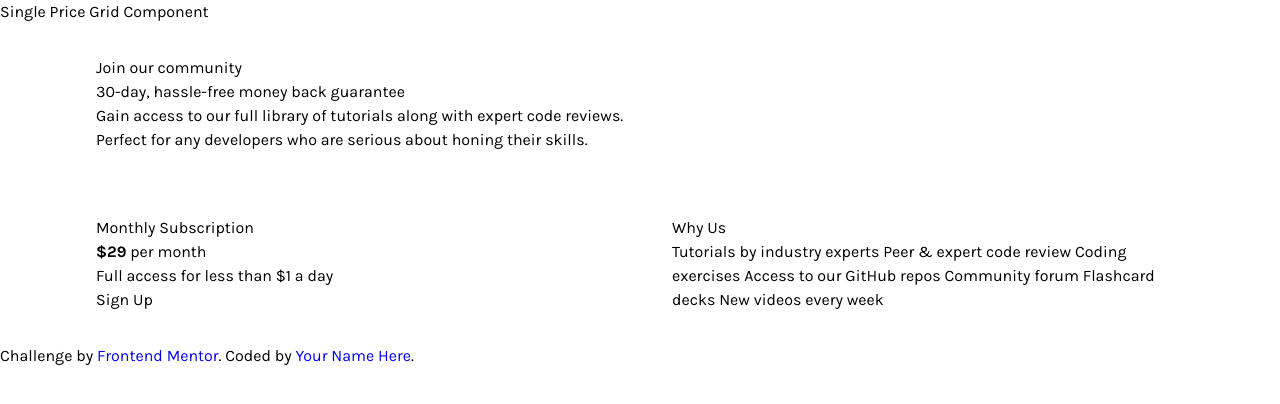
Repository: bangjuyoung/bangjuyoung
Page: practice/frontend-mentor/single-price-grid-component/index.html
These files come from the project's save history. The page is drawn as it stood at one moment and after the next save; the edit follows.
The browser window is 1280 px wide. The pictures show the whole page.

Above is the page before, as saved 2019-06-15 21:39:36.

After the next save:
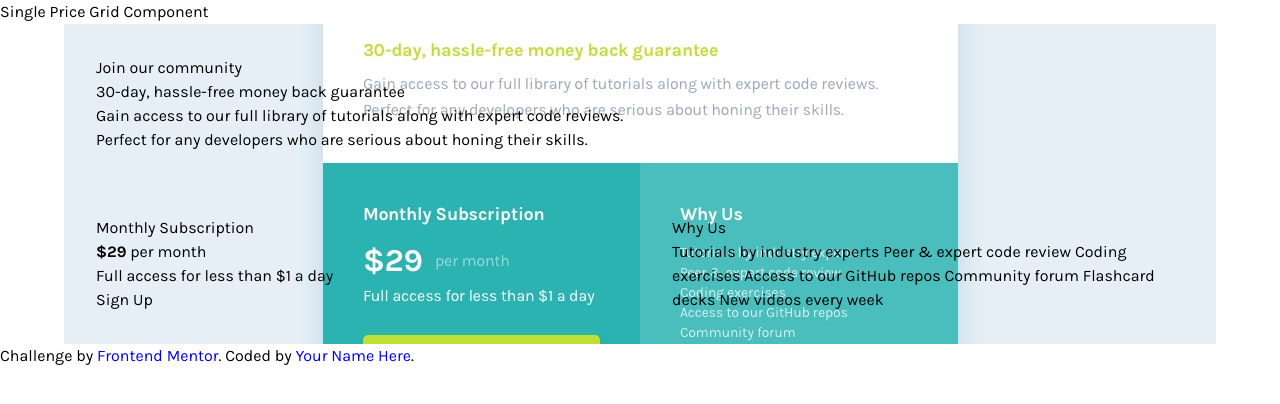
Saved 112 s later.
--- a/practice/frontend-mentor/single-price-grid-component/default.css
+++ b/practice/frontend-mentor/single-price-grid-component/default.css
@@ -22,6 +22,7 @@ body {
     max-width: 36rem;
     margin-left: auto;
     margin-right: auto;
+    background: url('./design/desktop-design.jpg') no-repeat 50% 50%;
 }
 
 .single-price__divider {
